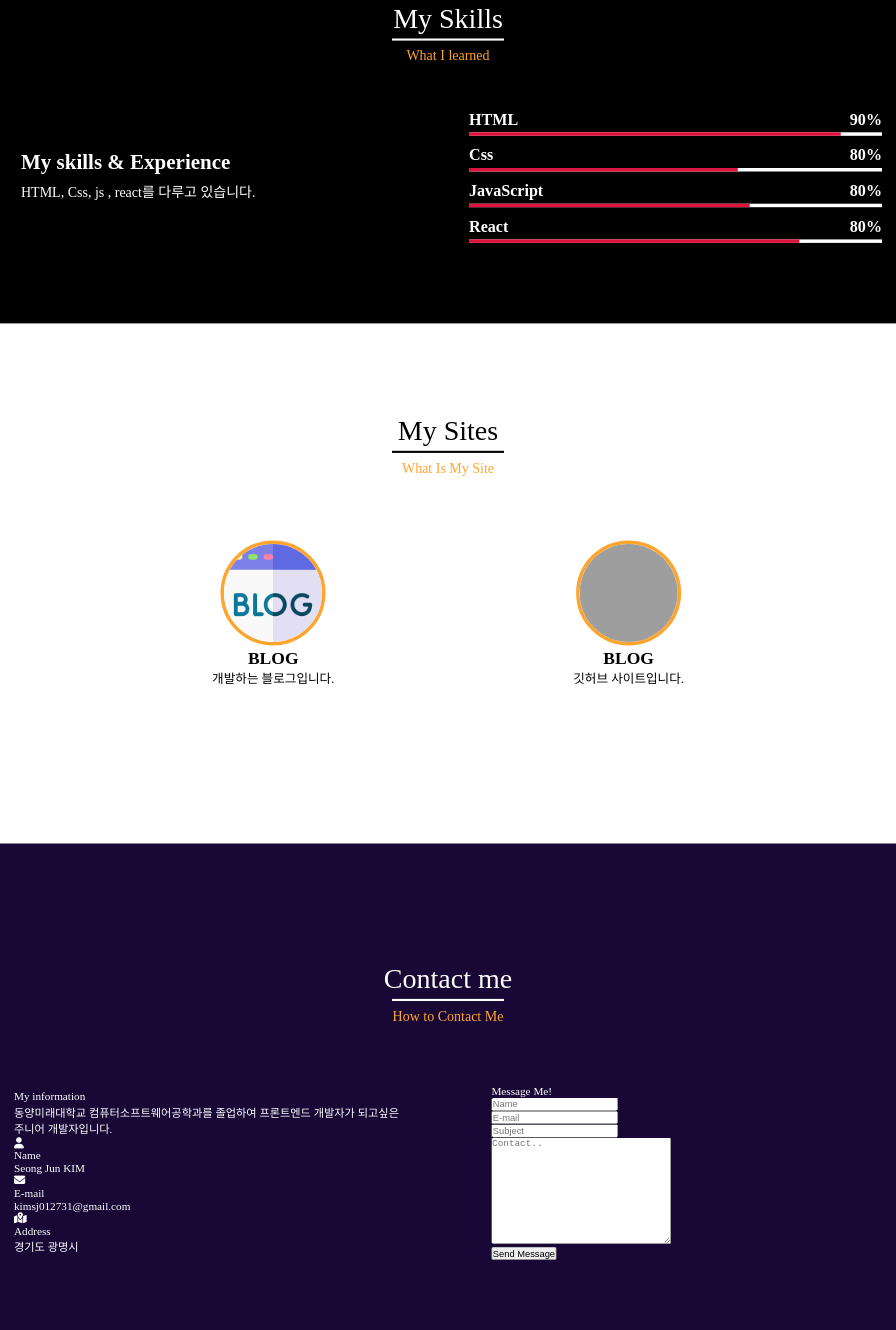
Repository: jun01270/jun
Page: index.html
The author's editor kept a copy of each file at every save. The page is drawn from the files as they stood at one save, then again after the next save.
The browser window is 1280 px wide. The pictures show the part of the page from y = 1840 to 3760 px (the page is 3740 px tall before and 3760 px after), at 70% of full size.
Pictures or frames that could not be fetched are drawn as grey boxes. Some web libraries are served in a nearby version.

Above is the page before, as saved 2023-05-11 16:19:37.

### index.html
<!DOCTYPE html>
<html lang="en">
  <head>
    <meta charset="UTF-8" />
    <meta http-equiv="X-UA-Compatible" content="IE=edge" />
    <meta name="viewport" content="width=device-width, initial-scale=1.0" />
    <link rel="stylesheet" href="./css/style.css" />
    <link rel="stylesheet" href="./css/home.css" />
    <link rel="stylesheet" href="./css/about.css" />
    <link rel="stylesheet" href="./css/skills.css" />
    <link rel="stylesheet" href="./css/mysites.css" />
    <link rel="stylesheet" href="./css/contact.css" />

    <script
      src="https://kit.fontawesome.com/252eac6dbf.js"
      crossorigin="anonymous"
    ></script>
    <title>Jun's site</title>
  </head>
  <body>
    <nav class="navbar">
      <div class="max-width">
        <div class="logo">
          <a href="#home">Jun's <span>Site</span></a>
        </div>
        <ul class="menu-bar">
          <li><a href="#home" class="menu-btn" id="homeID">Home</a></li>
          <li><a href="#about" class="menu-btn" id="homeID">About</a></li>
          <li><a href="#skills" class="menu-btn">Skills</a></li>
          <li><a href="#my-sites" class="menu-btn">My Sties</a></li>
          <li><a href="#contact" class="menu-btn">Contact</a></li>
        </ul>
      </div>
    </nav>

    <!--home섹션-->
    <section class="home" id="home">
      <div class="max-width">
        <div class="home-section">
          <div class="text-1">Hello! My Name is</div>
          <div class="text-2">Seong Jun KIM</div>
          <div class="text-3">My skills <span class="typing1">HTML</span></div>
        </div>
      </div>
    </section>

    <!--about섹션-->
    <section class="about" id="about">
      <div class="max-width">
        <h2 class="title">About</h2>
        <div class="about-content">
          <div class="left-column"><img src="./img/profile.jpg" /></div>
          <div class="right-column">
            <div class="about-text">I'm Seong Jun KIM</div>
            <div class="about-skills">
              My skills <span class="typing2">HTML</span>
            </div>
            <p>
              안녕하세요 프론트엔드 개발자를 꿈꾸는 주니어 개발자 김성준입니다.
            </p>
          </div>
        </div>
      </div>
    </section>

    <!--skills섹션-->
    <section class="skills" id="skills">
      <div class="max-width">
        <h2 class="title">My Skills</h2>
        <div class="skills-content">
          <div class="left-column">
            <div class="skills-text">
              <div class="sub-title">My skills & Experience</div>
              <p>HTML, Css, js , react를 다루고 있습니다.</p>
            </div>
          </div>
          <div class="right-column">
            <div class="bars">
              <div class="bars-content">
                <span>HTML</span>
                <span>90%</span>
              </div>
              <div class="line html"></div>
            </div>
            <div class="bars">
              <div class="bars-content">
                <span>Css</span>
                <span>80%</span>
              </div>
              <div class="line css"></div>
            </div>
            <div class="bars">
              <div class="bars-content">
                <span>JavaScript</span>
                <span>80%</span>
              </div>
              <div class="line js"></div>
            </div>
            <div class="bars">
              <div class="bars-content">
                <span>React</span>
                <span>80%</span>
              </div>
              <div class="line react"></div>
            </div>
          </div>
        </div>
      </div>
    </section>

    <!--My sties섹션-->
    <section class="my-sites">
      <div class="max-width">
        <h2 class="title">My Sites</h2>
        <div class="my-sites-content">
          <div class="left-column">
            <a href="https://web-jun.tistory.com/" target="_blank">
              <div class="site">
                <div class="site-images">
                  <img src="/img/blog.jpg" alt="" />
                  <div class="site-text">BLOG</div>
                  <p>개발하는 블로그입니다.</p>
                </div>
              </div>
            </a>
          </div>
          <div class="right-column">
            <a href="https://github.com/jun01270" target="_blank">
              <div class="site">
                <div class="site-images">
                  <img src="/img/github.jpg" alt="" />
                  <div class="site-text">BLOG</div>
                  <p>깃허브 사이트입니다.</p>
                </div>
              </div>
            </a>
          </div>
        </div>
      </div>
    </section>

    <!--Contact 섹션-->
    <section class="contact">
      <div class="max-width">
        <h2 class="title">Contact me</h2>
        <div class="contact-content">
          <div class="left column">
            <div class="contact-text">My information</div>
            <p>
              동양미래대학교 컴퓨터소프트웨어공학과를 졸업하여 프론트엔드
              개발자가 되고싶은 주니어 개발자입니다.
            </p>
            <div class="icons-content">
              <i class="fas fa-user"></i>
              <div class="info">
                <div class="head">Name</div>
                <div class="tail">Seong Jun KIM</div>
              </div>
            </div>
            <div class="icons-content">
              <i class="fas fa-envelope"></i>
              <div class="info">
                <div class="head">E-mail</div>
                <div class="tail">kimsj012731@gmail.com</div>
              </div>
            </div>
            <div class="icons-content">
              <i class="fas fa-map-marked-alt"></i>
              <div class="info">
                <div class="head">Address</div>
                <div class="tail">경기도 광명시</div>
              </div>
            </div>
          </div>
          <div class="right column">
            <div class="contact-text">Message Me!</div>
            <form action="#">
              <div class="fields">
                <div class="fields name">
                  <input type="text" placeholder="Name" />
                </div>
                <div class="fields Email">
                  <input type="email" placeholder="E-mail" />
                </div>
              </div>
              <div class="fields subject">
                <input type="text" placeholder="Subject" />
              </div>
              <div class="fields contact-area">
                <textarea
                  cols="30"
                  rows="10"
                  placeholder="Contact.. "
                  required
                ></textarea>
              </div>
              <div class="button">
                <button type="submit">Send Message</button>
              </div>
            </form>
          </div>
        </div>
      </div>
    </section>

    <!--Footer섹션-->
    <footer></footer>

    <!--JS섹션-->
  </body>
</html>

### css/style.css
@import url("https://fonts.googleapis.com/css2?family=Lora&display=swap");

* {
  margin: 0;
  padding: 0;
  box-sizing: border-box;
  text-decoration: none;
}

.home .about .skills .my-sites .contact {
  padding-top: 86px;
}

html {
  scroll-behavior: smooth;
}

.max-width {
  max-width: 1300px;
  padding: 0 20px;
  margin: auto;
}

.section {
  padding: 100px 0;
}

/* .about, .skills, .my-sites, .contact, .footer{
    //폰트삽입
} */

.about .title,
.skills .title,
.my-sites .title,
.contact .title {
  position: relative;
  text-align: center;
  font-size: 40px;
  font-weight: 500;
  margin: 30px 0 100px 0;
  padding-bottom: 8px;
}

.about .title::before,
.skills .title::before,
.my-sites .title::before,
.contact .title::before {
  content: "";
  position: absolute;
  bottom: 0px;
  left: 50%;
  width: 160px;
  height: 3px;
  background-color: black;
  transform: translateX(-50%);
}

.title::after {
  content: "";
  position: absolute;
  bottom: -38px;
  left: 50%;
  font-size: 20px;
  color: rgb(255, 164, 45);
  padding: 5px;
  background-color: white;
  transform: translateX(-50%);
}

.about .about-content,
.skills .skills-content,
.my-sites .my-sites-content,
.contact .contact-content {
  display: flex;
  align-items: center;
  flex-wrap: wrap;
  justify-content: space-between;
}

.navbar {
  position: relative;
  width: 100%;
  padding: 20px 0;
  z-index: 999;
  transition: all 0.3s ease;
  background-color: burlywood;
}

.navbar .max-width {
  display: flex;
  align-items: center;
  justify-content: space-between;
}

.navbar .logo {
  font-size: 30px;
  font-weight: 600;
  margin-left: 20px;
  color: black;
}

.navbar .logo a {
  color: white;
  text-decoration: none;
}

.navbar .logo a span {
  color: orange;
  transition: all 0.3s ease;
}

.navbar .menu-bar li {
  list-style: none;
  margin: 5px 20px 0 0;
  display: inline-block;
}

.navbar .menu-bar li a {
  display: block;
  text-decoration: none;
  font-size: 20px;
  font-weight: 500;
  margin-left: 15px;
  transition: all 0.3s ease;
}

.menu-bar li:hover {
  background-color: orange;
  border-radius: 3px;
}

.navbar.sticky {
  padding: 20px 0;
  background-color: black;
}

.navbar.sticky .logo a span {
  color: white;
}

.navbar.sticky .menu-bar li a:hover {
  color: white;
}

.navbar .menu-btn {
  color: white;
  font-size: 25px;
  display: none;
  cursor: pointer;
}

@media screen and (max-width: 700px) {
  .navbar {
    flex-direction: column;
    align-items: flex-start;
    margin: 0;
  }

  .menu-bar {
    flex-direction: column;
    align-items: center;
    width: 100%;
  }

  .menu-bar li {
    width: 100%;
    text-align: center;
  }
}

### css/home.css
.home {
  display: flex;
  height: 100vh;
  min-height: 500px;
  color: white;
  background: url("../img/back.jpg") no-repeat center;
  background-size: cover;
}

.home .max-width {
  margin: auto 0 auto 40px;
}

.home .home-section .text1 {
  font-size: 30px;
}

.home .home-section .text2 {
  font-size: 75px;
  font-weight: 600;
}

.home .home-section .text-3 {
  font-size: 40px;
}

.home .home-section .text-3 span {
  color: orange;
  font-weight: 500;
}

### css/about.css
.about {
  padding: 100px 0;
  transition: all 0.3s ease;
}

.about .title::after {
  content: "Who I am";
  background-color: white;
}

.about .about-content {
  margin-bottom: 100px;
}

.about .about-content .left-column {
  width: 45%;
}

.about .about-content .left-column img {
  height: 400px;
  width: 400px;
  object-fit: cover;
  border-radius: 6px;
}

.about .about-content .right-column {
  width: 55%;
  margin-bottom: 50px;
}

.about .about-content .right-column .about-text,
.about .about-content .right-column .about-skills {
  font-size: 30px;
  font-weight: 600;
  margin-bottom: 10px;
}

.about .about-content .right-column .about-skills span {
  color: orange;
}

.about .about-content .right-column P {
  text-align: justify;
  font-size: 20px;
}

### css/skills.css
.skills {
  padding: 100px 0;
  transition: all 0.3s ease;
}

.skills .title {
  padding-top: 30px;
}

.skills .title::before {
  background-color: white;
}

.skills .title::after {
  content: "What I learned";
  background-color: black;
}

.skills {
  color: white;
  background-color: black;
  padding-bottom: 100px;
}

.skills .sub-title {
  font-size: 30px;
  font-weight: 600;
  padding-bottom: 10px;
}

.skills .skills-content .left-column,
.skills .skills-content .right-column {
  width: calc(50% - 30px);
}

.skills .skills-content .left-column .skills-text {
  font-size: 23px;
  font-weight: 300;
  margin: 0 0 20px 10px;
  text-align: justify;
}

.skills .skills-content .left-column p {
  font-size: 20px;
}

.skills .skills-content .right-column .bars {
  margin-bottom: 15px;
}

.skills .skills-content .right-column .bars-content {
  display: flex;
  margin-bottom: 5px;
  align-items: center;
  justify-content: space-between;
}

.skills .skills-content span {
  font-size: 23px;
  font-weight: 600;
}

.skills .skills-content .right-column .line {
  height: 5px;
  background-color: white;
  width: 100%;
  position: relative;
}

.skills .skills-content .right-column .line::before {
  content: "";
  position: absolute;
  height: 100%;
  left: 0;
  top: 0;
  background-color: crimson;
}

.skills .skills-content .right-column .html::before {
  width: 90%;
}

.skills .skills-content .right-column .css::before {
  width: 65%;
}

.skills .skills-content .right-column .js::before {
  width: 68%;
}

.skills .skills-content .right-column .react::before {
  width: 80%;
}

### css/mysites.css
.my-sites {
  padding: 100px 0;
  transition: all 0.3s ease;
}

.my-sites .title::after {
  content: "What Is My Site ";
}

.my-sites .my-sites-content {
  margin-bottom: 100px;
}

.my-sites .my-sites-content .left-column {
  margin-left: 20%;
}

.my-sites .my-sites-content .right-column {
  margin-right: 20%;
}

.my-sites .my-sites-content a {
  display: flex;
  text-align: center;
  color: black;
}

.my-sites .my-sites-content a,
.my-sites .my-sites-content a:visited,
.my-sites .my-sites-content a:active,
.my-sites .my-sites-content a:hover {
  text-decoration: none;
}

.my-sites .my-sites-content .site {
  background-color: white;
  border-radius: 6px;
  padding: 25px 35px;
  transition: all 0.3s ease;
}

.my-sites .my-sites-content .site img {
  height: 150px;
  width: 150px;
  object-fit: cover;
  border-radius: 50%;
  border: 5px solid rgb(255, 164, 45);
  transition: all 0.3 ease;
}

.my-sites .my-sites-content .site-text {
  font-size: 25px;
  font-weight: 600;
}

.my-sites .my-sites-content p {
  font-size: 18px;
  text-align: justify;
}

.my-sites .my-sites-content .site:hover {
  background-color: rgb(25, 8, 53);
  color: white;
  transform: scale(1.05);
}

.my-sites .my-sites-content .site:hover img {
  border-color: white;
}

### css/contact.css
.contact {
  color: white;
  background-color: rgb(25, 8, 53);
  padding-bottom: 50px;
  padding: 100px 0;
  transition: all 0.3s ease;
}

.contact .title {
  padding-top: 40px;
  margin-bottom: 120px;
  color: white;
}

.contact .title::before {
  background-color: white;
}

.contact .title::after {
  content: "How to Contact Me";
  background-color: rgb(25, 8, 53);
}

.contact .contact-content .column {
  width: 45%;
}

After the next save:
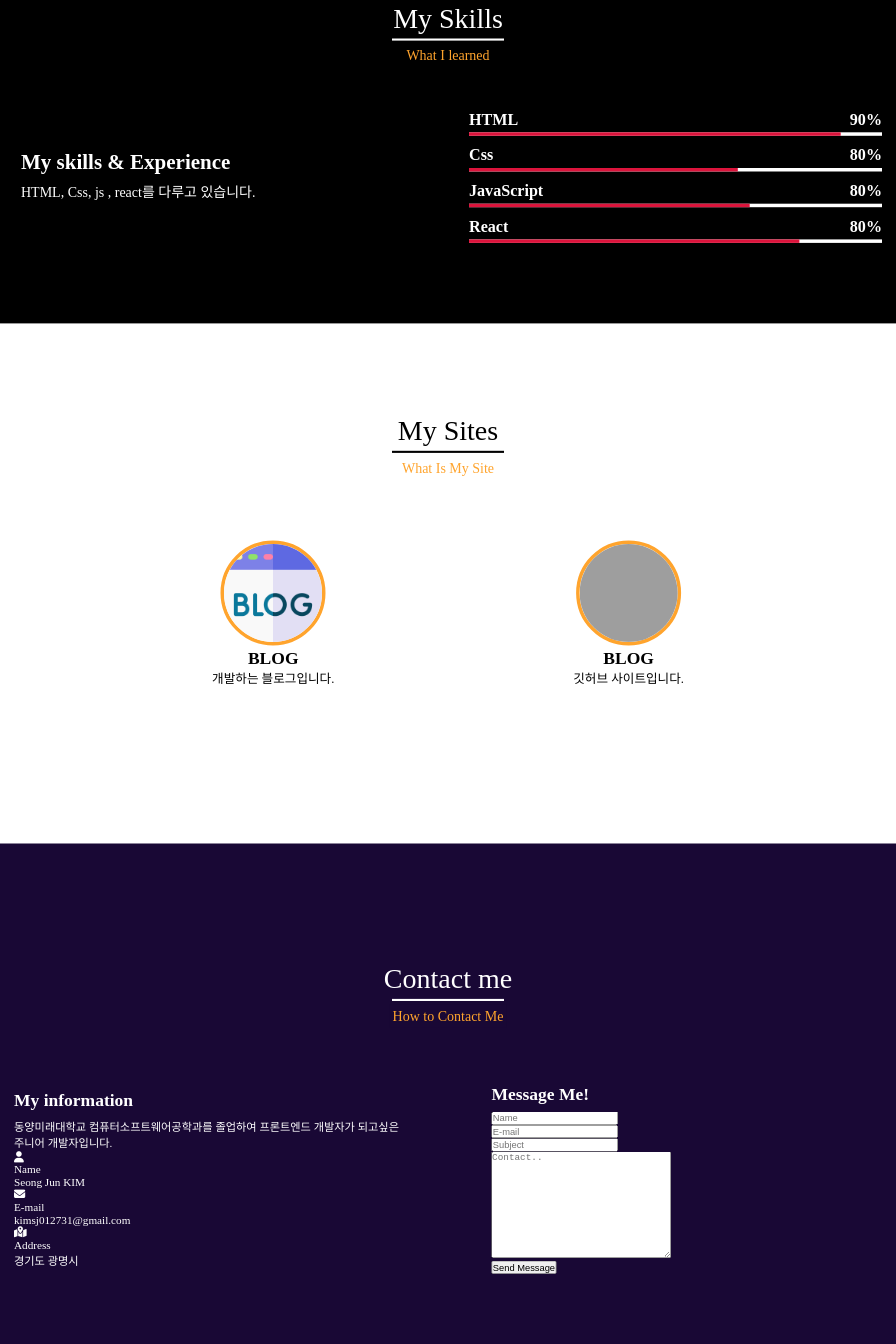
Saved 62 s later.
--- a/css/contact.css
+++ b/css/contact.css
@@ -24,3 +24,9 @@
 .contact .contact-content .column {
   width: 45%;
 }
+
+.contact .contact-content .contact-text {
+  font-size: 25px;
+  font-weight: 600;
+  padding-bottom: 10px;
+}
